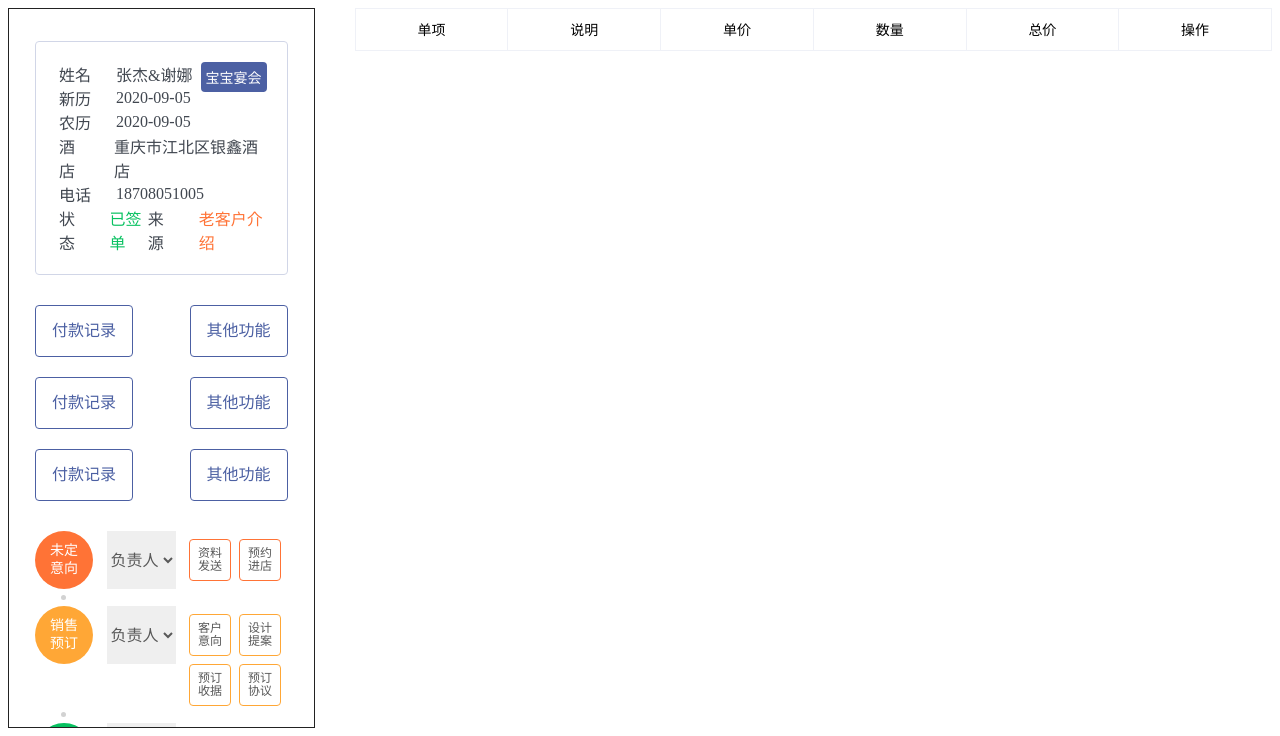
Repository: Lairuola/wedding-1
Page: index.html
An editor plug-in stored every save of this project. The page is shown before and after the next save, followed by the edit.
The browser window is 1280 px wide. The pictures show the whole page.

Above is the page before, as saved 2020-12-24 15:41:51.

After the next save:
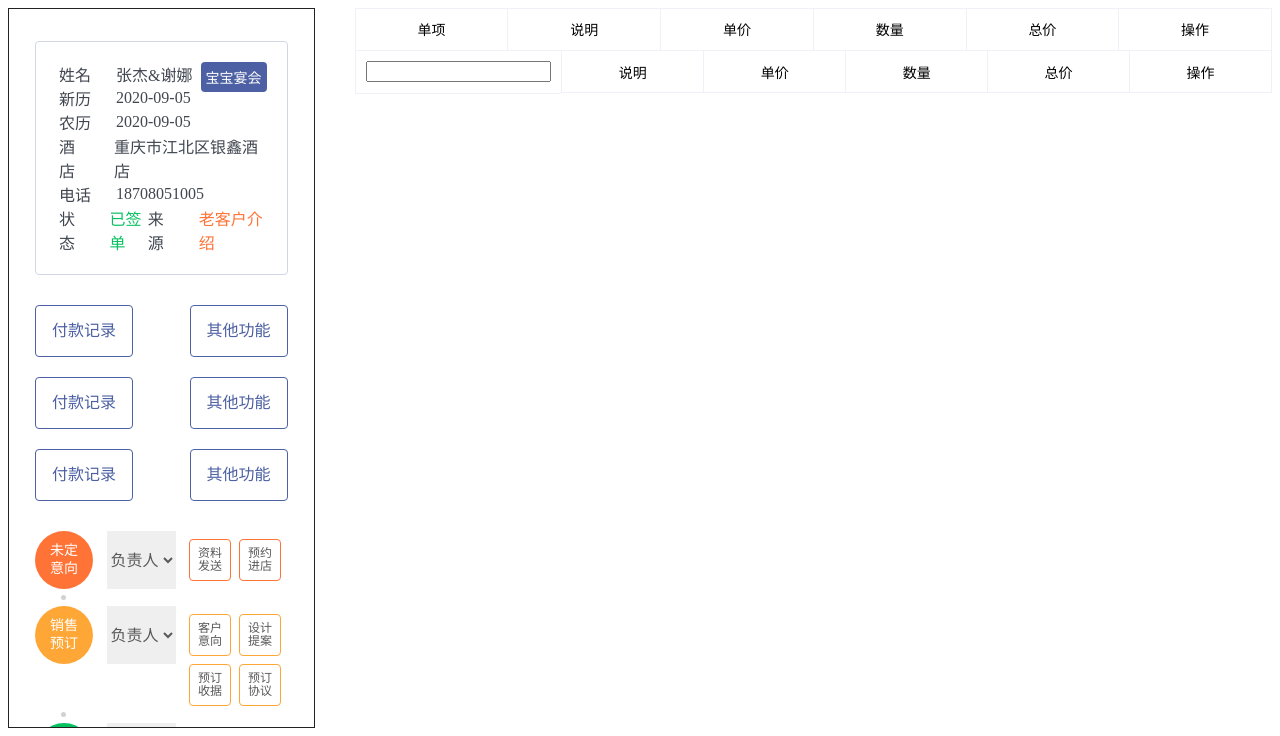
Saved 89 s later.
--- a/index.html
+++ b/index.html
@@ -2,7 +2,7 @@
  * @Author       : 濑若拉
  * @Date         : 2020-12-17 10:22:14
  * @LastEditors  : 濑若拉
- * @LastEditTime : 2020-12-24 15:41:51
+ * @LastEditTime : 2020-12-24 15:43:20
  * @FilePath     : /slidebar/index.html
 -->
 
@@ -492,6 +492,16 @@
       <div class="item">总价</div>
       <div class="item">操作</div>
     </div>
+    <div class="rows">
+      <div class="item">
+        <input type="text">
+      </div>
+      <div class="item">说明</div>
+      <div class="item">单价</div>
+      <div class="item">数量</div>
+      <div class="item">总价</div>
+      <div class="item">操作</div>
+    </div>
   </div>
 </body>
 
